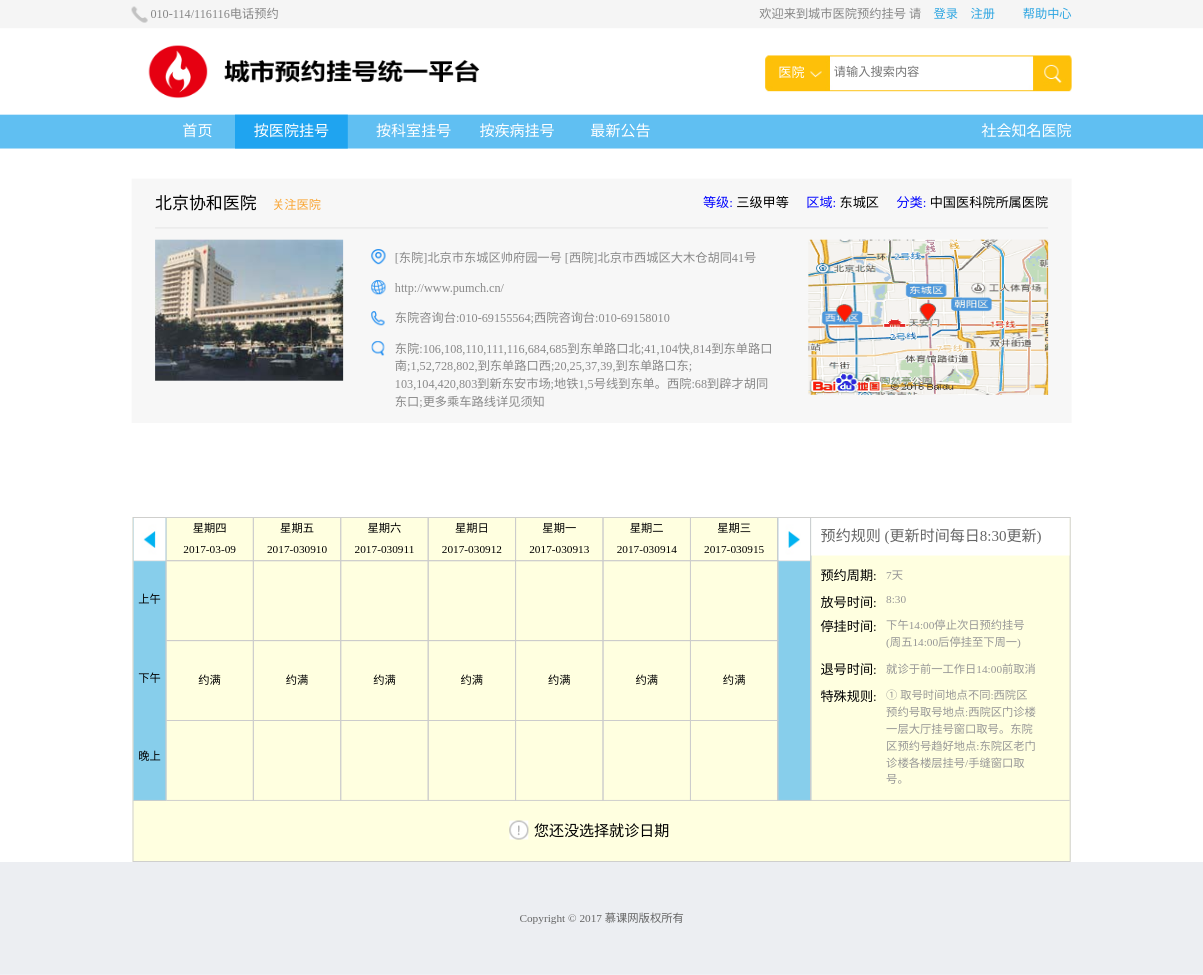
Repository: ScarApocalypse/study
Page: 挂号平台/scheduling.html
The author's editor kept a copy of each file at every save. The page is drawn from the files as they stood at one save, then again after the next save.
The browser window is 1280 px wide. The pictures show the whole page, at 94% of full size.

Above is the page before, as saved 2019-02-17 18:08:29.

### 挂号平台/scheduling.html
<!DOCTYPE html>
<html lang="en">

<head>
    <meta charset="UTF-8">
    <title>城市预约挂号</title>
    <link rel="stylesheet" href="css/layout.css">
    <link rel="stylesheet" type="text/css" href="css/base.css">
    <link rel="stylesheet" type="text/css" href="css/ui.css">
    <link rel="stylesheet" href="css/hosptial.css">
    <link rel="stylesheet" href="css/hospital_detail.css">
    <link rel="stylesheet" href="css/scheduling.css">
    <script type="text/javascript" src="js/jquery-1.7.1.min.js"></script>
    <script type="text/javascript" src="js/data.js"></script>
    <script src="js/hosptial.js"></script>
</head>

<body>
    <!-- 顶部区域 -->
    <div id="top" class="top">
        <div class="wrap">
            <p class="call">010-114/116116电话预约</p>
            <p class="welcome">欢迎来到城市医院预约挂号&nbsp;请&nbsp;<a href="#">登录</a>
                <a href="#">注册</a>
                &nbsp;&nbsp;&nbsp;&nbsp;
                <a href="#">帮助中心</a>
            </p>

        </div>
    </div>
    <!-- 头部区域 -->
    <div id="header" class="header">
        <div class="wrap">
            <a href="index.html" class="logo">
                <img src="img/logo.png">
            </a>
            <div class="search ui-search">
                <div class="ui-search-selected">医院</div>
                <div class="ui-search-selected-list">
                    <a href="#">科室</a>
                    <a href="#">疾病</a>
                    <a href="#">医院</a>

                </div>
                <input class="ui-search-input" type="text" name="search-content" placeholder="请输入搜索内容">
                <a href="#" class="ui-search-submit"></a>
            </div>
        </div>
    </div>
    <!-- 导航栏区域 -->
    <div id="nav" class="nav">
        <div class="wrap">
            <a href="index.html" class="link">首页</a>
            <a href="hosptial.html" class="link link_focus">按医院挂号</a>
            <a href="#" class="link">按科室挂号</a>
            <a href="#" class="link">按疾病挂号</a>
            <a href="#" class="link">最新公告</a>
            <a href="#" class="link right">社会知名医院</a>
        </div>
    </div>
    <!-- 医院信息 -->
    <div class="hospitalDetail wrap">
        <div class="hospitalDetail-title">
            北京协和医院
            <a href="#" class="focus">关注医院</a>
            <div class="hospitalDetail-title-info">
                <span class="header">等级:</span>
                <span class="text">三级甲等</span>
                <span class="header">区域:</span>
                <span class="text">东城区</span>
                <span class="header">分类:</span>
                <span class="text">中国医科院所属医院</span>
            </div>
        </div>
        <div class="hospitalDetail-content">
            <img src="img/hospital-1.jpg" alt="">
            <img src="img/map-1.png" alt="">
            <div class="address">[东院]北京市东城区帅府园一号 [西院]北京市西城区大木仓胡同41号</div>
            <div class="website">http://www.pumch.cn/</div>
            <div class="phone">东院咨询台:010-69155564;西院咨询台:010-69158010</div>
            <div class="message">东院:106,108,110,111,116,684,685到东单路口北;41,104快,814到东单路口南;1,52,728,802,到东单路口西;20,25,37,39,到东单路口东;<br>103,104,420,803到新东安市场;地铁1,5号线到东单。西院:68到辟才胡同东口;更多乘车路线详见须知</div>
        </div>
    </div>
    <!-- 时间表区域 -->
    <div class="scheduling wrap">

        <div class="scheduling-content">
            <div class="con-left">
                <img src="img/icon-scheduling-left.jpg" alt="">
                <div class="morning">上午</div>
                <div class="afternoon">下午</div>
                <div class="night">晚上</div>
            </div>
            <div class="con-right">
                <img src="img/icon-scheduling-right.jpg" alt="">
            </div>
            <div class="con-middle">
                <div class="schedule">
                    <div class="schedule-item">
                        <div class="date">星期四<br>2017-03-09</div>
                        <div class="morning"></div>
                        <div class="afternoon">约满</div>
                        <div class="night"></div>
                    </div>


                </div>
            </div>

            <div class="rule">
                <div class="rule-caption">预约规则 <span class="addition">(更新时间每日8:30更新)</span></div>
                <div class="rule-content">
                    <div class="item">
                        <span class="title">预约周期:</span>
                        <span class="con">7天</span>
                    </div>
                    <div class="item">
                        <span class="title">放号时间:</span>
                        <span class="con">8:30</span>
                    </div>
                    <div class="item">
                        <span class="title">停挂时间:</span>
                        <span class="con">下午14:00停止次日预约挂号(周五14:00后停挂至下周一)</span>
                    </div>
                    <div class="item">
                        <span class="title">退号时间:</span>
                        <span class="con">就诊于前一工作日14:00前取消</span>
                    </div>
                    <div class="item">
                        <span class="title">特殊规则:</span>
                        <span class="con">① 取号时间地点不同:西院区预约号取号地点:西院区门诊楼一层大厅挂号窗口取号。东院区预约号趋好地点:东院区老门诊楼各楼层挂号/手缝窗口取号。</span>
                    </div>

                </div>
            </div>
            <div class="con-bottom">
                <img src="img/icon-info.jpg" alt="">
                您还没选择就诊日期
            </div>

        </div>
    </div>
    <!-- 页脚区域 -->
    <div id="footer" class="footer">
        Copyright &copy 2017 慕课网版权所有
    </div>
    <!-- 回到顶部 -->
    <!-- <a class="go-top" href="#"></a> -->
    <script type="text/javascript" src="js/ui.js"></script>
    <script src="js/hospital_detail.js"></script>
    <script src="js/scheduling.js"></script>
</body>

</html>

### 挂号平台/css/layout.css
*{
	margin:0;
	padding:0;
}
.clearfix:after{
	content:' ';
	display: block;
	height:0;
	line-height: 0;
	clear:both;
	zoom:1;
}
.wrap{
	width: 1000px;
	margin:0 auto;
	position: relative;

}
.top{
	height: 30px;
	background-color:#f5f5f5;
}
.header{
	height: 92px;
}
.nav{
	height: 36px;
	background-color:#60bff2;
}
.banner{
	width: 802px;
	margin:0 auto;
	height: 414px;
	padding:9px 0 0 198px;
}
.banner-slider{
	float: left;
	width: 544px;
	height: 414px;
	background-color: #8edff3;
}
.banner-search{
	float:right;
	width:250px;
	height:255px;
	background-color: #eee;
}
.banner-help{
	float: right;
	width: 250px;
	height: 146px;
	background-color: #ccc;
	margin-top:12px;
}
.content{
	padding:10px 0 38px 0;
}
.content-tab{
	float: left;
	width: 742px;
	height: 490px;
	background-color: #eee;
}
.content-close,
.content-news{
	float: right;
	width: 248px;
	height: 236px;
	border:1px solid #ccc;
}
.content-close{
	margin-top:12px;
	border-color:red;
}
.footer{
	height:70px;
	padding:25px;
	background-color: #eceef2;
}

### 挂号平台/css/ui.css
/*ui-search搜索*/
.ui-search {
	background: url(../img/ui-search.jpg);
	font-size: 14px;
	color: #fff;
	position: relative;
}

.ui-search-selected {
	width: 70px;
	height: 38px;
	line-height: 38px;
	position: absolute;
	left: 0;
	top: 0;
	text-indent: 14px;
}

.ui-search-selected-list {
	display: none;
	position: absolute;
	width: 67px;
	line-height: 24px;
	background-color: #fff;
	box-shadow: 3px 3px 5px rgba(0, 0, 0, .2);
	left: 2px;
	top: 36px;
	z-index: 2;
}

.ui-search-selected-list a {
	display: block;
	text-align: center;
	color: #a5a2a2;
}

.ui-search-selected-list a:hover {
	background-color: #ebeef5;
}

.ui-search-input {
	width: 208px;
	height: 26px;
	position: absolute;
	top: 5px;
	left: 73px;
	line-height: 26px;
	font-size: 13px;
	color: #a5a2a2;
}

.ui-search-submit {
	display: block;
	position: absolute;
	right: 0;
	top: 1px;
	width: 40px;
	height: 36px;
}

/* ui-menu分类菜单 */
.ui-menu{}
.ui-menu-item{
	height: 22px;
	line-height: 22px;
	padding:8px 5px 9px 6px;
	/* margin-left:2px; */
	/* position: relative; */
}
.ui-menu-item:hover{
	background: #fff;
}
.ui-menu-item-department{
	float: left;
	height: 22px;
	line-height: 22px;
	position: relative;
	padding-left:30px;
	font-size:14px;
	color:#fff;
}
.ui-menu-item-department:before{
	content:'';
	display:block;
	width: 22px;
	height: 21px;
	position: absolute;
	left:0;
	top:1px;
	background:url('../img/icon-menu.jpg') -22px 0 no-repeat;
}
.ui-menu-item:nth-child(2) .ui-menu-item-department:before{
	background-position-y:-22px;
}
.ui-menu-item:nth-child(3) .ui-menu-item-department:before{
	background-position-y:-66px;
}
.ui-menu-item-disease{
	font-size: 12px;
	float:right;
	padding-left:5px;
	color:#d7f3ff
}
.ui-menu-item:hover .ui-menu-item-department:before{
	background-position-x: 0;
}
.ui-menu-item:hover .ui-menu-item-department{
	color:#333;
}
.ui-menu-item:hover .ui-menu-item-disease{
	color:#868686;
}
.ui-menu-item:hover .ui-menu-item-detail{
	display: block;
}
.ui-menu-item-detail{
	display:none;
	position: absolute;
	width: 500px;
	height: 393px;
	padding:20px 10px 10px 29px;
	background:#fff url(../img/bg-menu.jpg) center no-repeat;
	top:0;
	left:190px;
	box-shadow:5px 5px 2px rgba(0,0,0,.1);
	z-index:9;

}
.ui-menu-item-detail-group{
	padding-bottom:20px;
	text-align: left;


}
.ui-menu-item-detail-group-caption{
	width: 100%;
	display:block;
	color:#666;
	font-size:16px;
	font-weight:bold;
	line-height: 34px;
	height: 34px;
}
.ui-menu-item-detail-group-list{
	line-height: 23px;
}
.ui-menu-item-detail-group-list a{
	display: inline-block;
	color:#868686;
	margin-right:8px;
	font-size:12px;
	padding-bottom:5px;
}
.ui-menu-item-detail-group-list a:after{
	content:'|';
	color:#eee;
	padding-left:8px;
}
/* ui-slider组件 */
.ui-slider{
	width: 544px;
	height: 414px;
	position: relative;
	overflow: hidden;
}
.ui-slider-wrap{
	width: 99999px;
	height: 414px;
	position: absolute;
	left:0;
	right:0;
	transition:all .5s;
}
.ui-slider-wrap .item{
	display: block;
	float:left;
	width: 544px;
	height: 414px;
}
.ui-slider-arrow{
	width: 544px;
	height: 40px;
	position: absolute;
	/* background: #000;	 */
	top:50%;
	transform: translateY(-50%);
}
.ui-slider-arrow .item{
	display: block;
	width: 40px;
	height: 40px;
	position: absolute;
	top:0;
	background: url(../img/ui-slider-arrow.png) no-repeat;
}
.ui-slider-arrow .left{
	left:0;
}
.ui-slider-arrow .right{
	right:0;
	background-position: -40px 0;
}
.ui-slider-process{
	width: 544px;
	height: 12px;
	text-align: center;
	position: absolute;
	left:0;
	bottom:20px;
}
.ui-slider-process .item{
	display: inline-block;
	width: 16px;
	height: 16px;
	background:url(../img/ui-slider-process.png) no-repeat;

}
.ui-slider-process .item_focus,
.ui-slider-process .item:hover{
	background-position: -23px 0;
}
/* 回到顶部 */
.ui-backTop{
	display: none;
	position: fixed;
	right:2px;
	bottom: 2px;
	z-index: 9;
	width: 40px;
	height: 40px;
	color: #fff;
	background:rgba(102,102,102,.9) url(../img/icon-go-up.png) center no-repeat;
}
.ui-backTop:hover{
	background: rgba(102,102,102,.9);
}
.ui-backTop:hover:after{
	content:'回到顶部';
	display: block;
	line-height: 20px;
	text-align: center;
}

### 挂号平台/css/hosptial.css
/* 筛选区域 */
.filter{
    min-height: 100px;
    background-color: #fbfbfb;
    margin:20px auto;
}
.filter .group{
    padding:15px 60px 15px 180px;
    color:#4c4948;
    font-size:12px;
    line-height: 18px;
    min-height:30px;
    position: relative;
}
.filter .group .caption{
    position: absolute;
    left: 30px;
    top: 21px;
    width: 150px;
}
.filter .group .condition{
   color:#4c4948;
   display: inline-block;
   position: relative;
   margin:6px 24px 6px 0px;
   padding:0 5px;
}
.filter .group .caption .condition{
    position: absolute;
    right:0;
    top: -6px;
}
.filter .group .caption .condition::before,
.filter .group .condition::after{
    content:'';
    display: block;
    width: 1px;
    height: 18px;
    background: #dcdddd;
    position: absolute;
    top:0;
    right:-12px;
}
.filter .group .caption .condition::before{
    left:-12px;
}
.filter .group .condition_focus,
.filter .group .condition:hover{
    color:#fff;
    background-color:#60bff2;
}
/* 医院列表 */
.datalist .item{
    height: 130px;
    padding:23px 0 23px 224px;
    border:1px solid #f4f6fa;
    border-bottom:none;
    position: relative;
}
.datalist .item .cover{
    width: 180px;
    height: 130px;
    position: absolute;
    overflow: hidden;
    left: 15px;
    top: 23px;
}
.datalist .item:hover{
    background-color:#f5fcff;
}
.data .item .cover img{
    width: 100%;
    height: 100%;
}
.datalist .item .name{
    padding:13px 0;
    color:#000;
    font-size:15px;
}
.datalist .item .name .level{
    padding:0 2px 0 14px;
    color:#f7b52c;
    font-size: 12px;
}
.datalist .item .address,
.datalist .item .phone,
.datalist .item .time{
    margin-bottom:8px;
    font-size: 13px;
    color:#888;
    line-height: 17px;
    padding-left:22px;
    background: url(../img/icon-tel.png) no-repeat;
    background-position: 1px -36px;
}
.datalist .item .phone{
    background-position: 1px 0;
}
.datalist .item .address{
    background-position: 1px -17px;
}
.datalist .item .button{
    position: absolute;
    width: 105px;
    height: 37px;
    right: 70px;
    top:76px;
    display: block;
    background:url(../img/button-now.png) no-repeat  center left;
}
.datalist .item .button:hover{
    background-position: center right;
}
/* 分页区域 */
.pagination{
    height: 45px;
    line-height: 25px;
    border:1px solid #f4f6fa;
    text-align: center;
    color:#666;
    font-size:15px;
    margin-bottom:200px;
    padding:10px 0;
    box-sizing: border-box;
}
.pagination .item{
    margin-left:14px;
    color:#666;
    display: inline-block;
}
.pagination .item_icon:hover{
    background-color: #00b3ec;
}
.pagination .item_icon{
    background:url(../img/icon-pagination-arrow.png) no-repeat;
}
.pagination .item_prev{
    background-position: 6px -15px;
}
.pagination .item_prev:hover{
    background-position: -20px -15px;
}
.pagination .item_next{
    background-position: 8px 4px;
}
.pagination .item_next:hover{
    background-position: -18px 4px;
}
.pagination .input_page,
.pagination .item_page,
.pagination .item_icon{
    display: inline-block;
    width: 23px;
    height: 23px;
    line-height: 23px;
    border:solid 1px #dcdddd;
    border-radius:3px;
}
.pagination .item_page_focus{
    background:#00b3ec;
    color:#fff
}
.pagination .input_page{
    width: 45px;
    text-align: center;
}
.pagination .input_submit{
    width: 34px;
    height: 25px;
    display: inline-block;
    margin-left:10px;
    background:url(../img/icon-pagination-go.png);
    vertical-align:middle;
    cursor: pointer;
}

### 挂号平台/css/scheduling.css
.scheduling{
    width: 996px;
    height: 365px;
    overflow: hidden;
    /* display: inline-block; */
    position: relative;
    background:lightyellow;
    margin-top:100px;
    border:1px solid #ccc;
    /* z-index:-1; */
}
.scheduling img{
    margin-top:-1px;
}
.scheduling .con-left,
.scheduling .con-right
{
    width: 34px;
    height: 300px;
    background:skyblue;
    border:1px solid #ccc;
    /* float: left; */
    position: absolute;

    margin:-1px 0 0 -1px;
}
.scheduling .con-right{
    right:275px;
}
.scheduling .con-middle{
    position: absolute;
    /* border:1px solid #ccc; */
    left:35px;
    top:-1px;
    overflow: hidden;
    width: 651px;
    height: 302px;
}
.scheduling .con-middle .schedule{
    width: 9999px;
    position: absolute;
    top:0;
    left:0;
}
.scheduling .con-middle .schedule-item{
    float: left;
   width: 94px;
   margin-left:-1px;
}
.scheduling .con-middle .schedule-item .date{
    height: 45px;
    border:1px solid #ccc;
    font-size:12px;
    text-align: center;
    line-height: 22px;
}
.scheduling .con-left .morning,
.scheduling .con-left .afternoon,
.scheduling .con-left .night,
.scheduling .con-middle .schedule-item .morning,
.scheduling .con-middle .schedule-item .afternoon,
.scheduling .con-middle .schedule-item .night
{
    border:1px solid #ccc;
    height: 84px;
    margin-top:-1px;
    line-height: 84px;
    text-align: center;
    font-size:12px;
}
.scheduling .con-left .morning,
.scheduling .con-left .afternoon,
.scheduling .con-left .night{
    border:0;
}
.scheduling .rule{
    border:1px solid #ccc;
    height: 300px;
    position: absolute;
    right:-1px;
    top:-1px;

}
.scheduling .rule .rule-caption{
    background: #fff;
}
.scheduling .rule .rule-content{
    height: 250px;
}
.scheduling .con-bottom{
    width: 100%;
    height: 64px;
    text-align: center;
    position: absolute;
    bottom:0;
    /* background:#ccc; */
    line-height: 64px;
}
.scheduling .con-bottom img{
    position: absolute;
    top:50%;
    transform: translateY(-50%);
    left:400px;
}

### 挂号平台/js/scheduling.js
$(function(){
    var scheduleItem=$('.scheduling .con-middle .schedule .schedule-item');
    var schedule=scheduleItem.parent();
    var days=["星期日","星期一","星期二","星期三","星期四","星期五","星期六"]

    for(var i=0;i<10;i++){
        var date=days[(i+5)%7];

        var newItem=scheduleItem.eq(0).clone();
        var month=newItem.html().split("-")[1];
        var day=newItem.html().split("-")[2].split("<")[0];
        newItem.find('.date').html(date+"<br>"+"2017-"+month+(day+1+i));
        schedule.append(newItem);
        console.log(date);

    }


});

Loaded but not shown: 挂号平台/js/jquery-1.7.1.min.js (library); 挂号平台/js/hosptial.js (145 lines, source omitted); 挂号平台/js/data.js (172 lines, source omitted); 挂号平台/js/ui.js (164 lines, source omitted); 挂号平台/js/hospital_detail.js (3 lines, source omitted); 挂号平台/css/hospital_detail.css (271 lines, source omitted); 挂号平台/css/base.css (335 lines, source omitted)

After the next save:
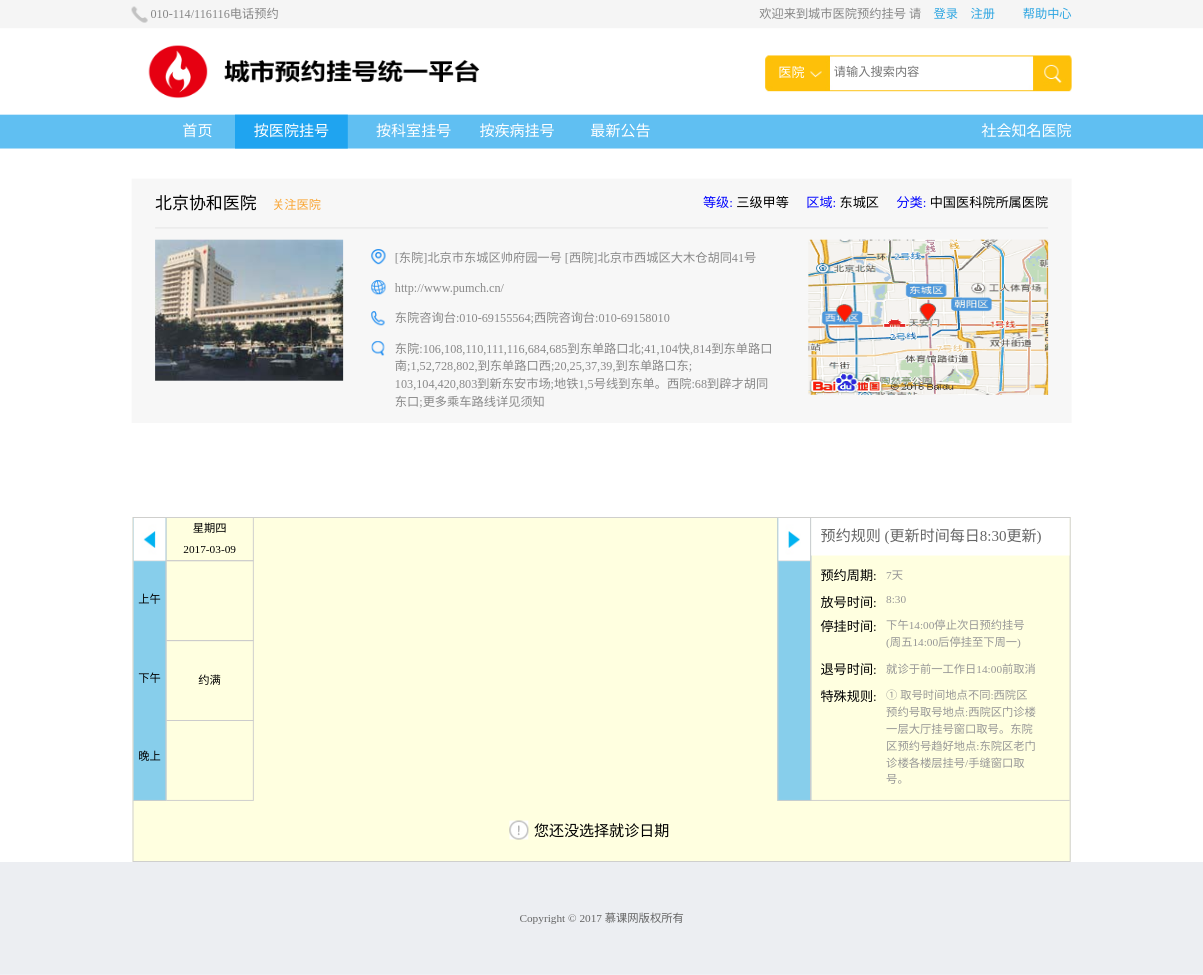
Console error: SyntaxError: missing ) after argument list
Saved 39 s later.
--- a/挂号平台/js/scheduling.js
+++ b/挂号平台/js/scheduling.js
@@ -9,7 +9,7 @@
         var newItem=scheduleItem.eq(0).clone();
         var month=newItem.html().split("-")[1];
         var day=newItem.html().split("-")[2].split("<")[0];
-        newItem.find('.date').html(date+"<br>"+"2017-"+month+(day+1+i));
+        newItem.find('.date').html(date+"<br>"+"2017-"+month;
         schedule.append(newItem);
         console.log(date);
 

After the save that followed:
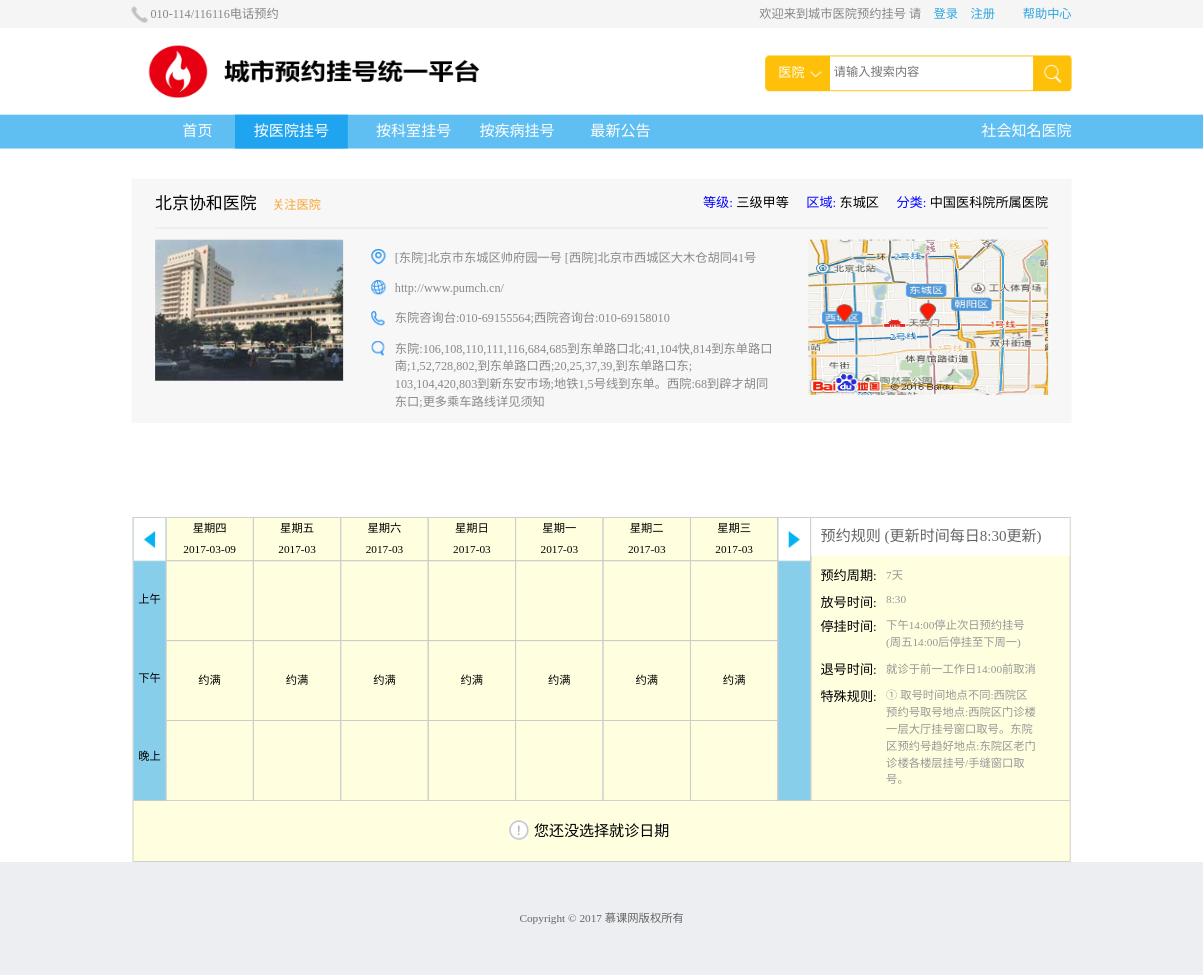
The error is gone.
Saved 4 s later.
--- a/挂号平台/js/scheduling.js
+++ b/挂号平台/js/scheduling.js
@@ -9,7 +9,7 @@
         var newItem=scheduleItem.eq(0).clone();
         var month=newItem.html().split("-")[1];
         var day=newItem.html().split("-")[2].split("<")[0];
-        newItem.find('.date').html(date+"<br>"+"2017-"+month;
+        newItem.find('.date').html(date+"<br>"+"2017-"+month);
         schedule.append(newItem);
         console.log(date);
 
